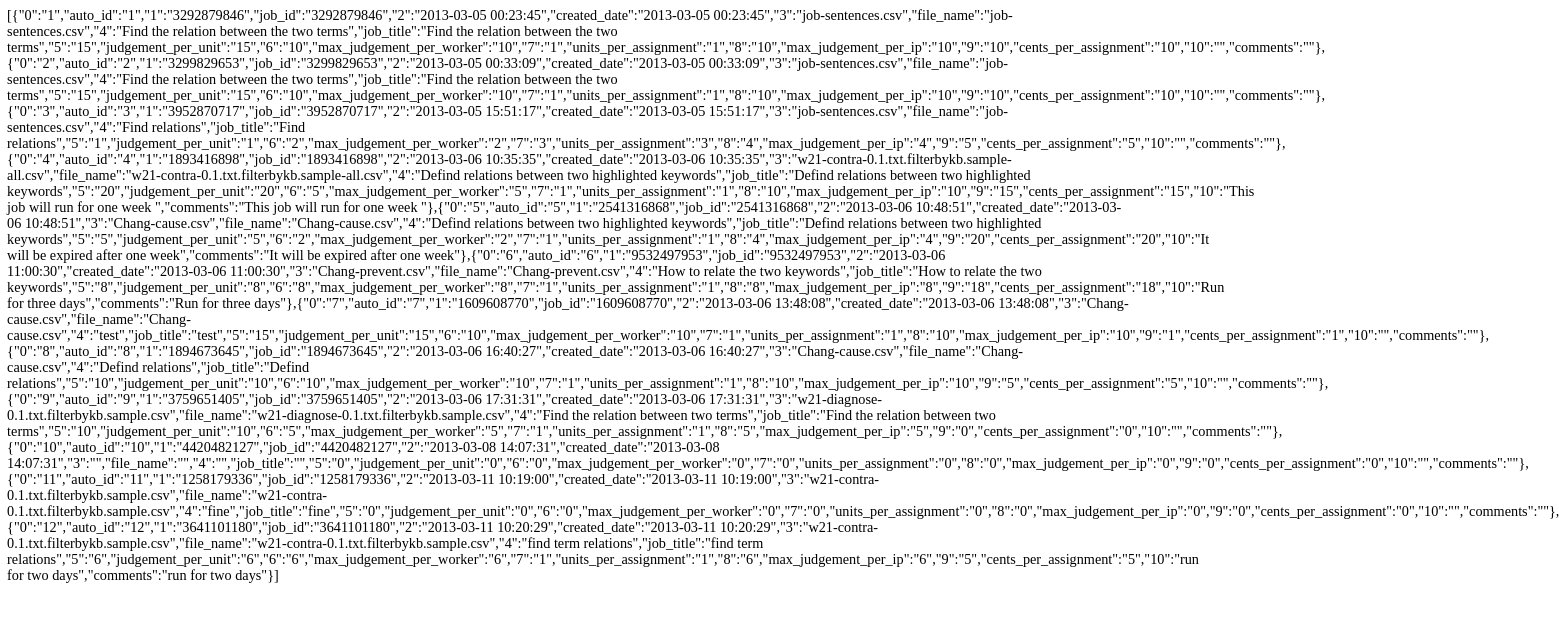
Repository: laroyo/watsonc
Page: http://localhost/history.php
These files come from the project's save history. The page is drawn as it stood at one moment and after the next save; the edit follows.
The browser window is 1280 px wide. The page is 1752 px wide, then 1280 px, so the pictures cover 1752 px, including what lies to the right of the window. The pictures show the whole page, at 89% of full size.
The page is run by PHP 8.4 with error messages shown; the project is at /var/www/html/. The database holds what the project's SQL file puts in it.

Above is the page before, as saved 2013-03-05 13:47:41.

After the next save:
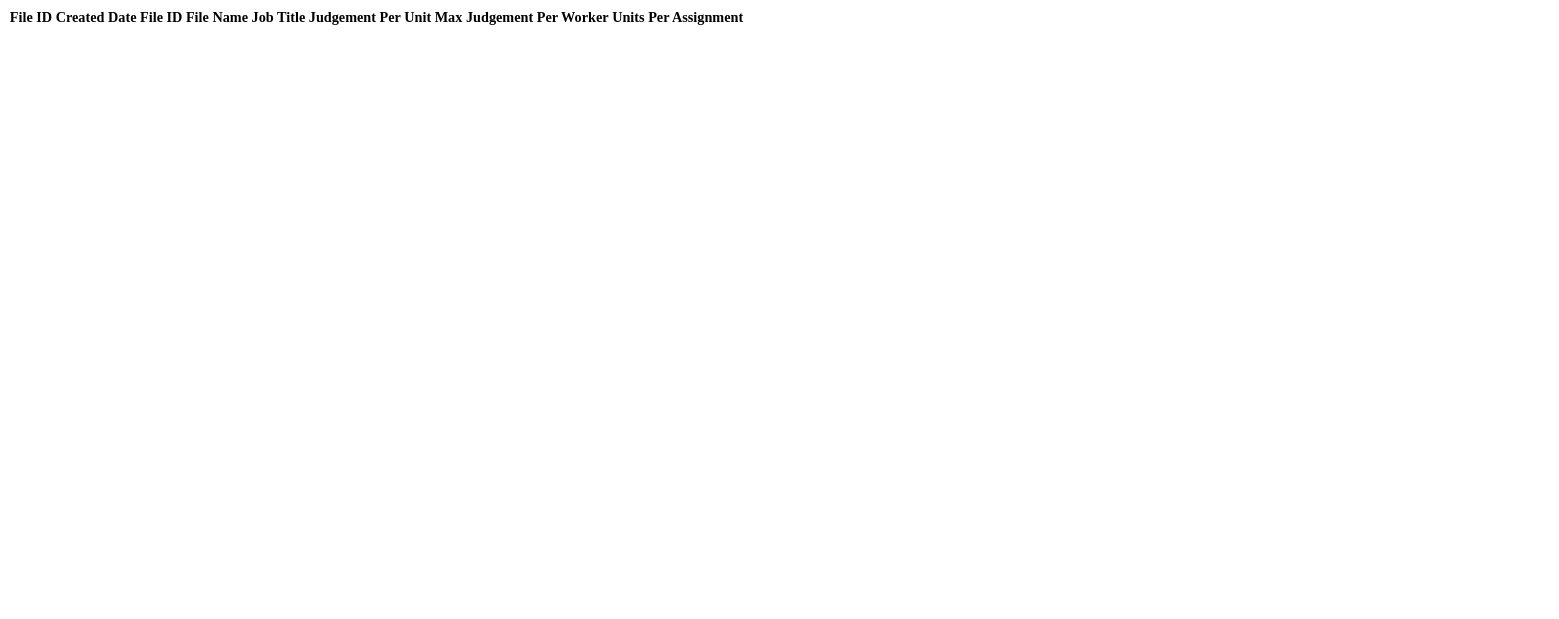
Saved 5 min 28 s later.
--- a/GUI/stift7/hui/history.php
+++ b/GUI/stift7/hui/history.php
@@ -3,10 +3,32 @@ $con = mysql_connect("localhost", "root", "usbw") or die("Couldn't make connecti
 $db = mysql_select_db("watsoncs", $con) or die("Couldn't select database");
 
 $result =  mysql_query("SELECT * FROM  `csvinput` LIMIT 0 , 30");
-$rows =  array();
+
+echo "<table id='historytable' class='tablesorter'>";
+echo "<thead>"; //thead tag is required for using tablesorter
+echo "<tr>";
+echo "<th>File ID";
+echo "<th>Created Date";
+echo "<th>File ID";
+echo "<th>File Name";
+echo "<th>Job Title";
+echo "<th>Judgement Per Unit";
+echo "<th>Max Judgement Per Worker";
+echo "<th>Units Per Assignment";
+echo "</tr>";
+echo "</thead>";
+echo "<tbody>"; //tbody tag is required for using tablesorter
+
+
+
+
+
+
+
+
 while($row = mysql_fetch_array($result)){
 	$rows[] = $row;
 }
-echo json_encode($rows);
+
 
 ?>
